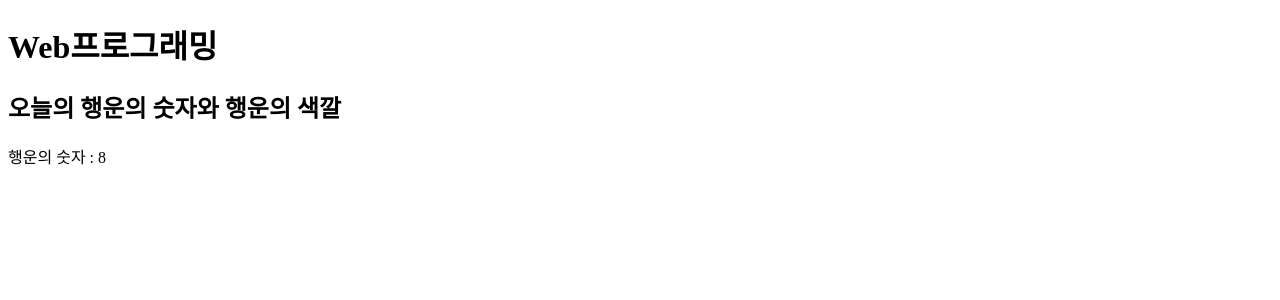
Repository: mickey530/jsp_practice
Page: http://localhost/JSPBasic/JspTag/TagQ01.jsp
An editor plug-in stored every save of this project. The page is shown before and after the next save, followed by the edit.
The browser window is 1280 px wide. The pictures show the whole page.
The page is served by Tomcat 9.

Above is the page before, as saved 2022-01-28 05:23:21.

After the next save:
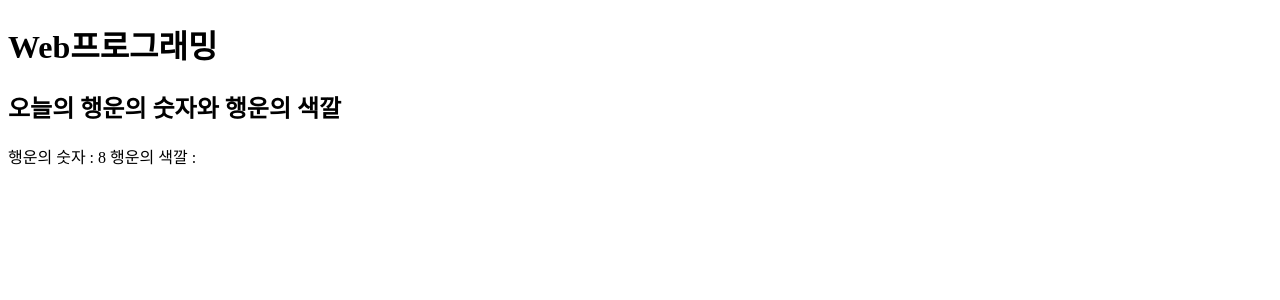
Saved 5 min 57 s later.
--- a/JSPBasic/src/main/webapp/JspTag/TagQ01.jsp
+++ b/JSPBasic/src/main/webapp/JspTag/TagQ01.jsp
@@ -15,6 +15,17 @@
 		// 정수 1 ~ 10 까지 발생시켜서 리턴하도록 로직 작성
 		return (int)(Math.random()*10 + 1);
 }
+	String randomColor(){
+		double i = (int)(Math.random()*3);
+		if(i < 1){
+			return "red";
+		} else if(i < 2){
+			return "yello";
+		} else{
+			return "green";
+		}
+	}
+
 %>
 
 <%
@@ -22,7 +33,7 @@
 <h1>Web프로그래밍</h1>
 
 <h2>오늘의 행운의 숫자와 행운의 색깔</h2>
-행운의 숫자 : <% out.println(randomNumber()); %>
-
+행운의 숫자 : <%= randomNumber() %>
+행운의 색깔 :
 </body>
 </html>
